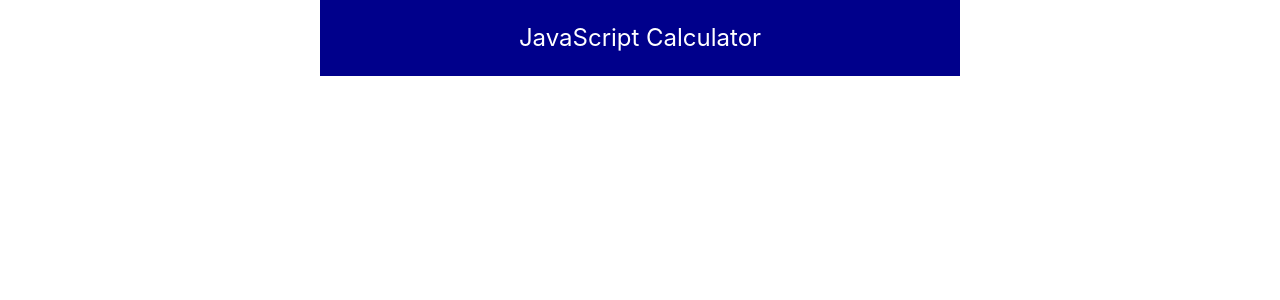
Repository: derektypist/js-calculator
Page: index.html
The author's editor kept a record of every edit. The page is drawn from the files as they stood at one moment, then again after the next edit.
The browser window is 1280 px wide. The pictures show the whole page.

Above is the page before.

### index.html
<!DOCTYPE html>
<html lang="en">
<head>
    <meta charset="UTF-8">
    <meta name="viewport" content="width=device-width, initial-scale=1.0">
    <meta http-equiv="X-UA-Compatible" content="ie=edge">
    <title>JavaScript Calculator</title>
    <!-- Load Style Sheets -->
    <link rel="stylesheet" href="https://maxcdn.bootstrapcdn.com/bootstrap/4.4.1/css/bootstrap.min.css">
    <link href="https://fonts.googleapis.com/css?family=Roboto&display=swap" rel="stylesheet">
    <style>
        /* Calculator */
        #calculator {
            width: 50%;
            margin: auto;
            overflow: auto;
        }

        /* Title */
        #title {
            background: darkblue;
            font-size: 1.5em;
            color: white;
            text-align: center;
        }

        #title p {
            margin: auto;
            padding: 20px;
        }

        /* Display */

    </style>
</head>
<body>
    <!-- Set Up Calculator -->
    <section id="calculator">
        <article id="title"><p>JavaScript Calculator</p></article>
    </section>
</body>
</html>

After the next edit:
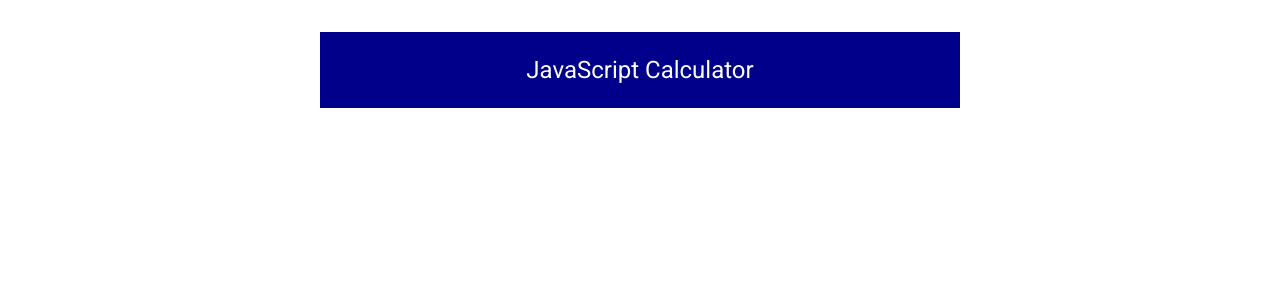
The edit:
--- a/index.html
+++ b/index.html
@@ -9,6 +9,11 @@
     <link rel="stylesheet" href="https://maxcdn.bootstrapcdn.com/bootstrap/4.4.1/css/bootstrap.min.css">
     <link href="https://fonts.googleapis.com/css?family=Roboto&display=swap" rel="stylesheet">
     <style>
+        /* Body */
+        body {
+        font-family: "Roboto", Arial, Verdana, sans-serif;
+        margin-top: 2em;
+
         /* Calculator */
         #calculator {
             width: 50%;
